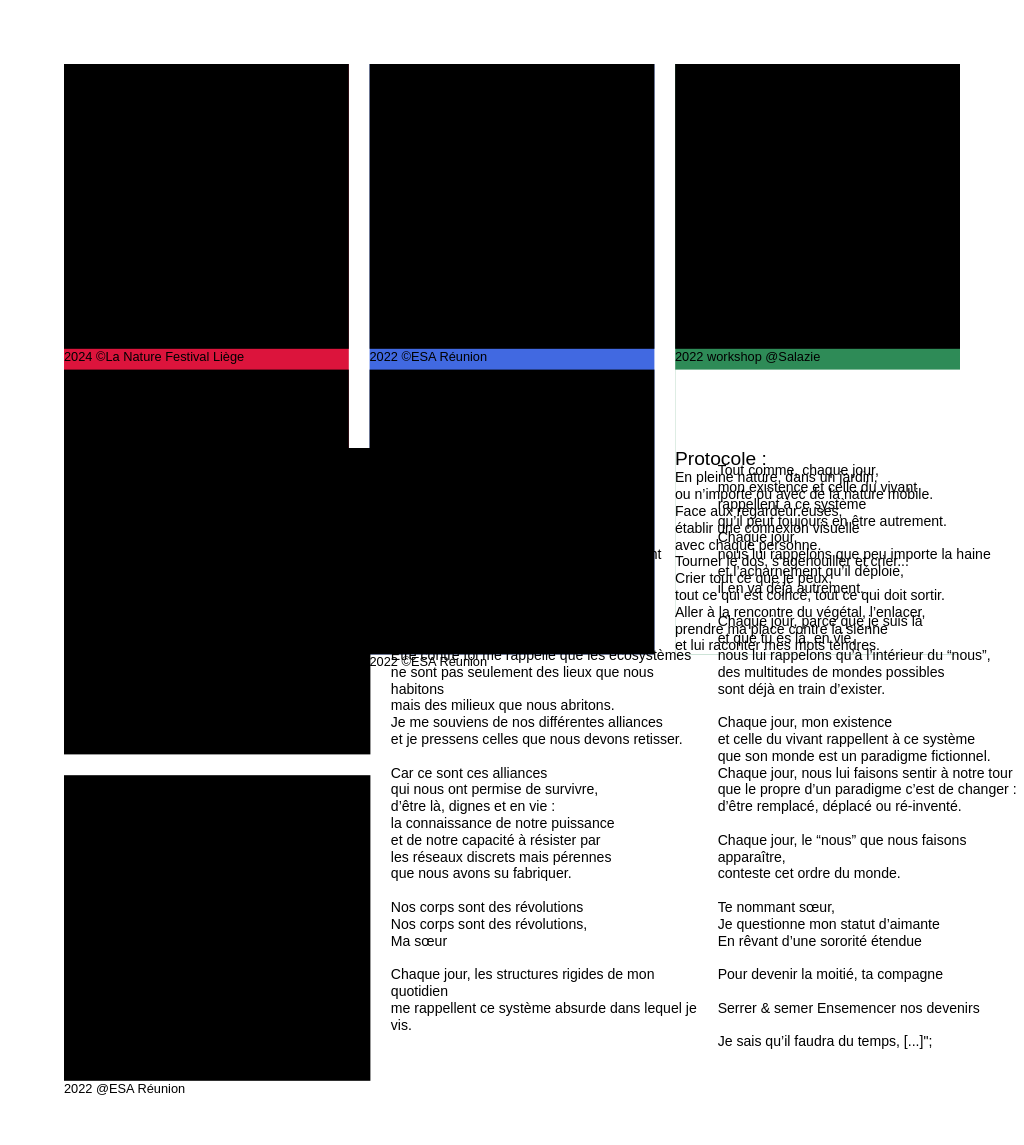
Repository: brunrhb/oce-p
Page: index.html
The author's editor kept a copy of each file at every save. The page is drawn from the files as they stood at one save, then again after the next save.
The browser window is 1280 px wide. The pictures show the whole page, at 80% of full size.

Above is the page before, as saved 2025-06-07 11:36:33.

### index.html
<!DOCTYPE html>
<html lang="fr">
<head>
  <meta charset="UTF-8">
  <meta name="viewport" content="width=device-width, initial-scale=1.0">
  <title>Grid 3 colonnes avec placeholders</title>
  <link rel="stylesheet" href="styles.css">
  <script defer src="content.js"></script>
</head>
<body>



  <section PROJET1 LIASONS VEGETALES>

<div class="grid-p1s1" id="partie1">

<div class="col-p1s1-1">
  <div class="media-block-p1s1">
    <div class="placeholder-p1s1"></div>
    <p class="credit" data-content="p1s1-credit1"></p>
  </div>

  <div class="media-block-p1s1">
    <div class="placeholder-p1s1"></div>
    <p class="credit" data-content="p1s1-credit2"></p>
  </div>
</div>

    <div class="col-p1s1-2">
      <div class="media-block-p1s1">
        <div class="placeholder-p1s1"></div>
        <p class="credit" data-content="p1s1-credit3"></p>
      </div>
      <div class="media-block-p1s1">
        <div class="placeholder-p1s1"></div>
        <p class="credit" data-content="p1s1-credit4"></p>
      </div>
    </div>

    <div class="col-p1s1-3">
      <div class="media-block-p1s1">
        <div class="placeholder-p1s1"></div>
        <p class="credit" data-content="p1s1-credit5"></p>
      </div>
     <div class="text-block-p1s1">
       <p class="protocole-titre" data-content="p1s1-protocole-titre"></p>
       <p class="protocole-corps" data-content="p1s1-protocole-corps"></p>
    </div>

  </div>

</div>

<div class="grid-p1s2" id="partie2">

  <div class="col-p1s2-1">
    <div class="media-block-p1s2-1">
    <div class="placeholder-p1s1"></div>
      <div class="media-block-p1s2-2">
      <div class="placeholder-p1s1"></div>
      <p class="credit" data-content="p1s2-credit"></p>
    </div>
    </div>
  </div>

  <div class="col-p1s2-2">
      <div class="text-block-p1s2">
        <p class="extrait" data-content="p1s2-extrait1"></p>
      </div>
  </div>

  <div class="col-p1s2-3">
      <div class="text-block-p1s2">
        <p class="extrait" data-content="p1s2-extrait2"></p>
      </div>

  </div>



</div>
  </section>

</body>
</html>

### styles.css
body {
  margin: 0;
  font-family: sans-serif;
}

/* #region PROJET1 LIASONS VEGETALES*/

/* #region slide1*/

/* 1 grille et colonnes */

.grid-p1s1 {
  display: grid;
  grid-template-columns: 1fr 1fr 1fr;
  height: calc(100vh - 20rem);
  padding-top: 5rem;
  padding-bottom: 5rem;
  padding-left:5rem ;
  padding-right:5rem ;
  column-gap: 2vw;
}

.col-p1s1-1 {
  display: flex;
  flex-direction: column;
  justify-content: flex-start;
  gap: 2vw;


  background-color: crimson;
}

.col-p1s1-2 {
  display: flex;
  flex-direction: column;
  justify-content: flex-start;
  gap: 2vw;

  background-color: royalblue;
}

.col-p1s1-3 {
  display: flex;
  flex-direction: column;
  justify-content: flex-start;
  gap: 2vw;

  background-color: seagreen;
}


/* 2 blocks et elements */

.media-block-p1s1 {
  display: block;
  width: 100%;
}

.placeholder-p1s1 {
  aspect-ratio: 1 / 1;
  width: 100%;
  background-color: black;
}

.credit {
  position: absolute;
  font-size: 1rem;
  line-height: 1.2;
  margin: 0;
  z-index: 10;

}

.text-block-p1s1 {
  display: flex;
  flex-direction: column;
  justify-content: flex-end;

  width: 100%;
  aspect-ratio: 1 / 1;
  background-color: white;

  padding: 0;
  margin: 0;
  gap: 0;
}

.protocole-titre {
  font-size: 1.5rem;
  margin: 0;
  padding: 0;
}

.protocole-corps {
  font-size: 1.1rem;
  margin: 0;
  padding: 0;
}

/* #endregion */


/* #region slide2

credit v`
*/

/* 1 grille et colonnes */

.grid-p1s2 {
  display: grid;
  grid-template-columns: 1fr 1fr 1fr;
  padding-bottom: 5rem;
  padding-left:5rem ;
  padding-right:rem ;
  column-gap: 2vw;
}

.col-p1s2-1 {
  display: flex;
  flex-direction: column;
  justify-content: flex-start;
  gap: 20vw;
}

.col-p1s2-2 {
  display: flex;
}

.col-p1s2-3 {
  display: flex;
}


/* 2 blocks et elements */

.media-block-p1s2-1 {
  display: flex;
  flex-direction: column;
  gap: 2vw;
  position: relative;
  width: 100%;

}

.media-block-p1s2-2 {
  display: block;
  position: relative;
  width: 100%;

}

.text-block-p1s2 {
  gap: 0;
}

.extrait {
  font-size: 1.1rem;
}



/* #endregion */


/* #endregion */

### content.js
const content = {};

// #region PROJET1

// #region p1s1
content["p1s1-credit1"] = "2024 ©La Nature Festival Liège";
content["p1s1-credit2"] = "2024 ©La Nature Festival Liège";
content["p1s1-credit3"] = "2022 ©ESA Réunion";
content["p1s1-credit4"] = "2022 ©ESA Réunion";
content["p1s1-credit5"] = "2022 workshop @Salazie";

content["p1s1-protocole-titre"] = "Protocole :";
content["p1s1-protocole-corps"] = `
  En pleine nature, dans un jardin,<br>
  ou n’importe où avec de la nature mobile.<br>
  Face aux regardeur.euses,<br>
  établir une connexion visuelle<br>
  avec chaque personne.<br>
  Tourner le dos, s’agenouiller et crier...<br>
  Crier tout ce que je peux,<br>
  tout ce qui est coincé, tout ce qui doit sortir.<br>
  Aller à la rencontre du végétal, l’enlacer,<br>
  prendre ma place contre la sienne<br>
  et lui raconter mes mots tendres.
`;
// #endregion

// #region p1s2
content["p1s2-credit"] = "2022 @ESA Réunion";

content["p1s2-extrait1"] = `
  "Nos corps sont des révolutions<br>
Nos corps sont des révolutions,<br>
Ma sœur<br><br>

T’effleurer<br>
me rappelle les guerres qui nous traversent<br>
et les narrations qui nous diluent.<br>
Encore et encore, il faudra crier<br>
du silence dans lequel on voudrait nous maintenir.<br><br>

Être contre toi me rappelle que les écosystèmes<br>
ne sont pas seulement des lieux que nous habitons<br>
mais des milieux que nous abritons.<br>
Je me souviens de nos différentes alliances<br>
et je pressens celles que nous devons retisser.<br><br>

Car ce sont ces alliances<br>
qui nous ont permise de survivre,<br>
d’être là, dignes et en vie :<br>
la connaissance de notre puissance<br>
et de notre capacité à résister par<br>
les réseaux discrets mais pérennes<br>
que nous avons su fabriquer.<br><br>

Nos corps sont des révolutions<br>
Nos corps sont des révolutions,<br>
Ma sœur<br><br>

Chaque jour, les structures rigides de mon quotidien<br>
me rappellent ce système absurde dans lequel je vis.
 `;
content["p1s2-extrait2"] = `
Tout comme, chaque jour,<br>
mon existence et celle du vivant<br>
rappellent à ce système<br>
qu’il peut toujours en être autrement.<br>
Chaque jour,<br>
nous lui rappelons que peu importe la haine<br>
et l’acharnement qu’il déploie,<br>
il en va déjà autrement.<br><br>

Chaque jour, parce que je suis là<br>
et que tu es là, en vie,<br>
nous lui rappelons qu’à l’intérieur du “nous”,<br>
des multitudes de mondes possibles<br>
sont déjà en train d’exister.<br><br>

Chaque jour, mon existence<br>
et celle du vivant rappellent à ce système<br>
que son monde est un paradigme fictionnel.<br>
Chaque jour, nous lui faisons sentir à notre tour<br>
que le propre d’un paradigme c’est de changer :<br>
d’être remplacé, déplacé ou ré-inventé.<br><br>

Chaque jour, le “nous” que nous faisons apparaître,<br>
conteste cet ordre du monde.<br><br>

Te nommant sœur,<br>
Je questionne mon statut d’aimante<br>
En rêvant d’une sororité étendue<br><br>

Pour devenir la moitié, ta compagne<br><br>

Serrer & semer Ensemencer nos devenirs<br><br>

Je sais qu’il faudra du temps, [...]";
 `;
// #endregion

// #endregion


// #region injection
window.addEventListener("DOMContentLoaded", () => {
  Object.entries(content).forEach(([key, value]) => {
    const el = document.querySelector(`[data-content="${key}"]`);
    if (el) el.innerHTML = value;
  });
});
// #endregion

After the next save:
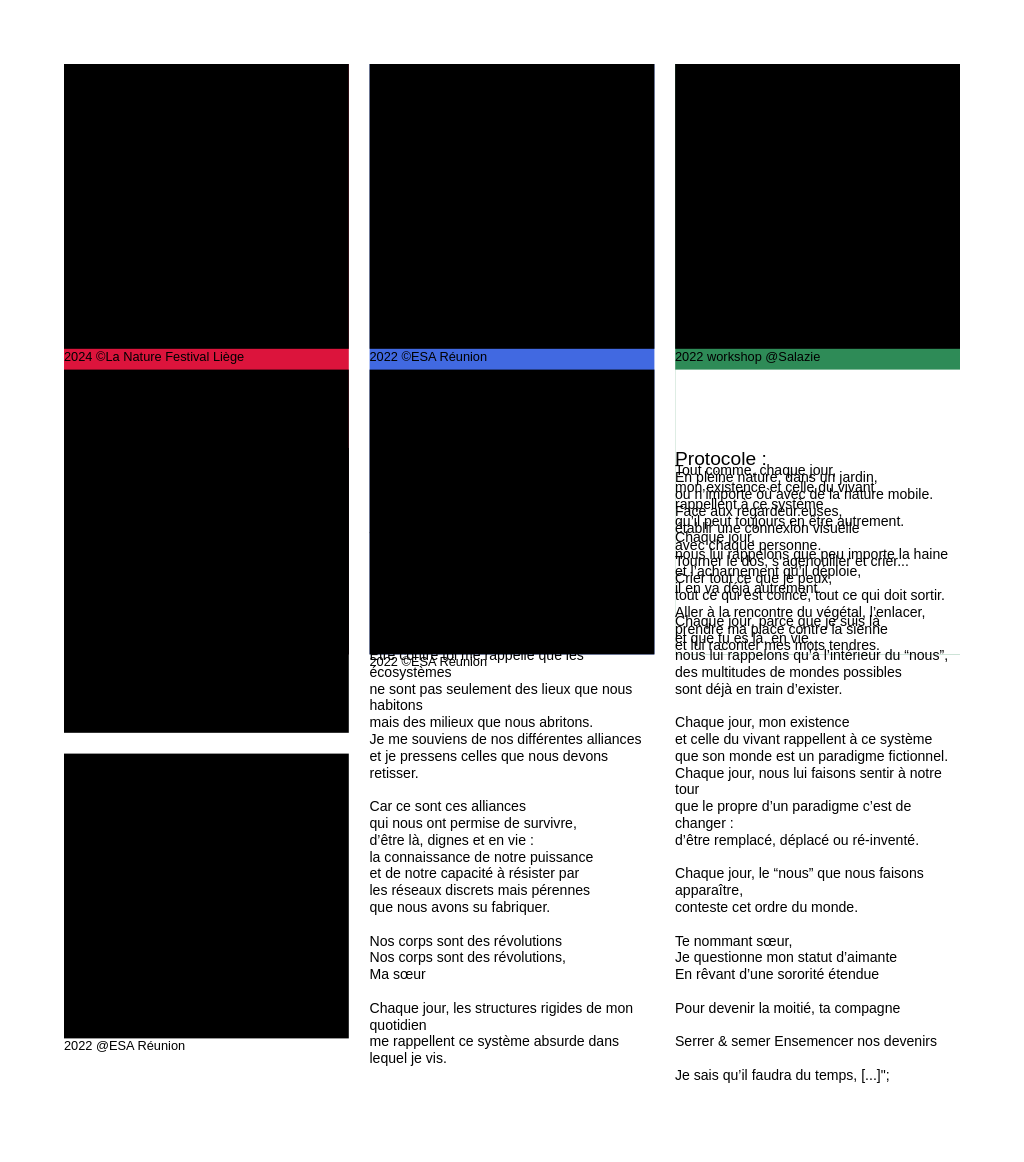
Saved 42 s later.
--- a/styles.css
+++ b/styles.css
@@ -112,7 +112,7 @@ credit v`
   grid-template-columns: 1fr 1fr 1fr;
   padding-bottom: 5rem;
   padding-left:5rem ;
-  padding-right:rem ;
+  padding-right:5rem ;
   column-gap: 2vw;
 }
 
